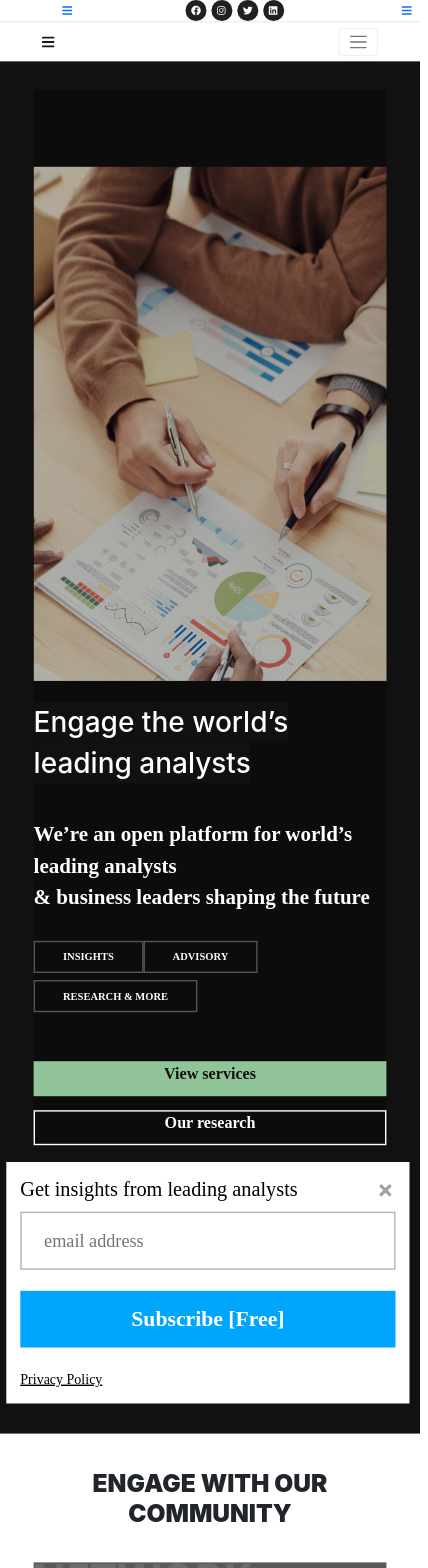
Repository: arif286/Business-webpage
Page: /
An editor plug-in stored every save of this project. The page is shown before and after the next save, followed by the edit.
The browser window is 600 px wide. The page is 612 px wide, so the pictures cover 612 px, including what lies to the right of the window. The pictures show the part of the page from y = 0 to 2240 px (the page is 13231 px tall before and 13239 px after), at 70% of full size.
The project was rebuilt for these pictures with package versions that can differ from the ones it lists, and the page was loaded fresh each time. Also part of the build but not shown: src/components/NotFound/NotFound.js.

Above is the page before, as saved 2021-05-28 20:34:25.

After the next save:
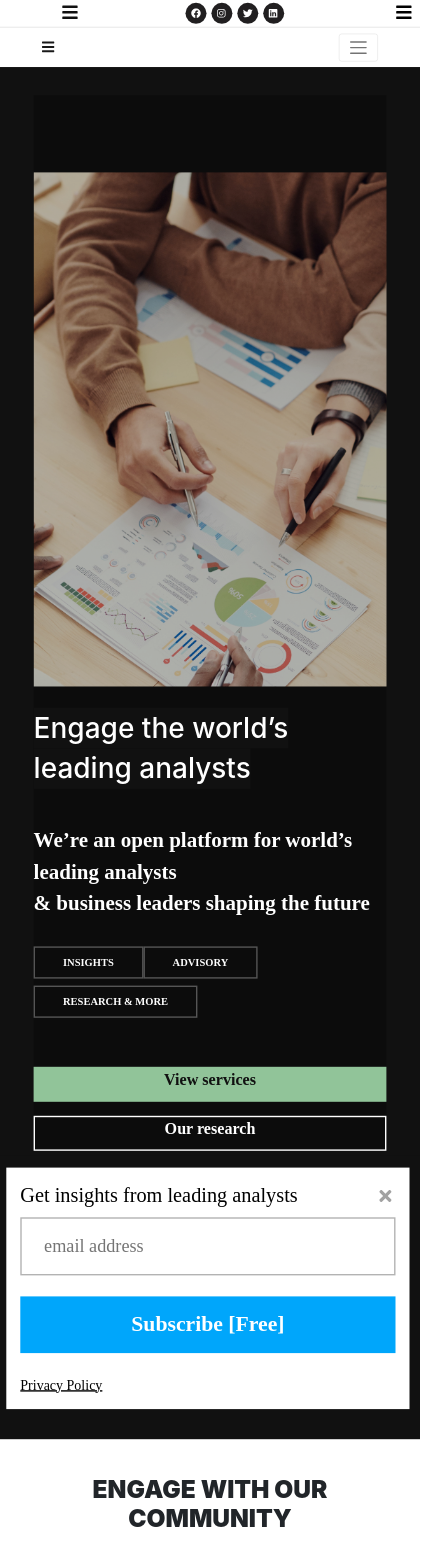
Saved 2 min 6 s later.
--- a/src/components/TopHeader/TopHeader.css
+++ b/src/components/TopHeader/TopHeader.css
@@ -74,4 +74,12 @@
   .off-bar {
     display: block;
   }
+  .off-bar a {
+    font-size: 25px;
+    color: #000;
+  }
+  .pop-button a {
+    font-size: 25px;
+    color: #111;
+  }
 }
